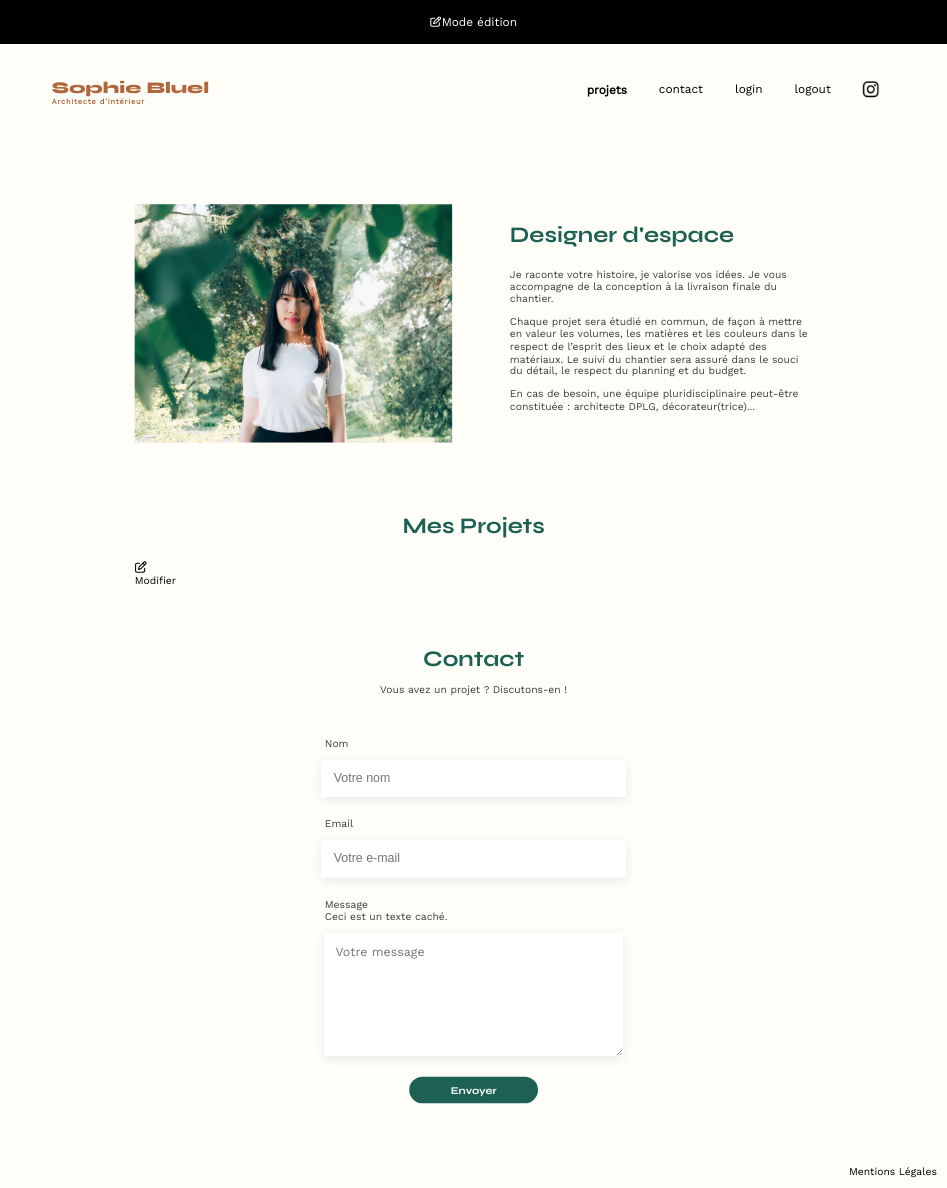
Repository: BlueSoley23/openclassrooms
Page: FrontEnd/index.html
The author's editor kept a copy of each file at every save. The page is drawn from the files as they stood at one save, then again after the next save.
The browser window is 1280 px wide. The pictures show the whole page, at 74% of full size.
The page's requests for data from a server got no answer.

Above is the page before, as saved 2023-12-21 05:11:17.
Console error: TypeError: categories is not iterable

After the next save:
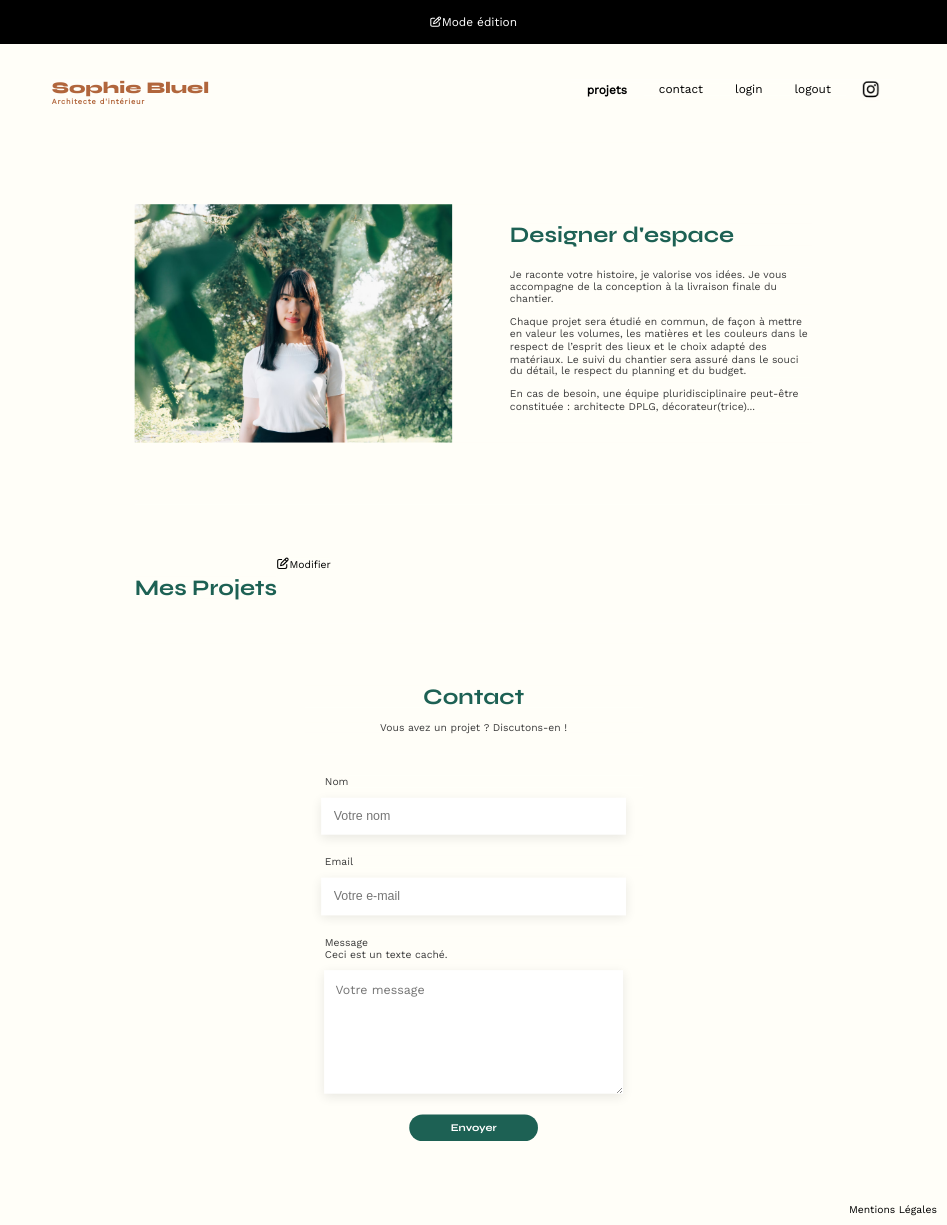
Saved 43 s later.
--- a/FrontEnd/assets/css/style.css
+++ b/FrontEnd/assets/css/style.css
@@ -576,7 +576,15 @@
 	  .modifier-link__content--icon {
 		color: #000;
 	  }
-	  .modifier-link__url {
-		display: flex;
+
+	  .portfolio__section {
+		display: flex;
+		flex-direction: row;
 		align-items: center;
-	}
+	  }
+
+	  .modifier-link__content {
+		display: flex;
+		flex-direction: row;
+		align-items: center;
+	  }
